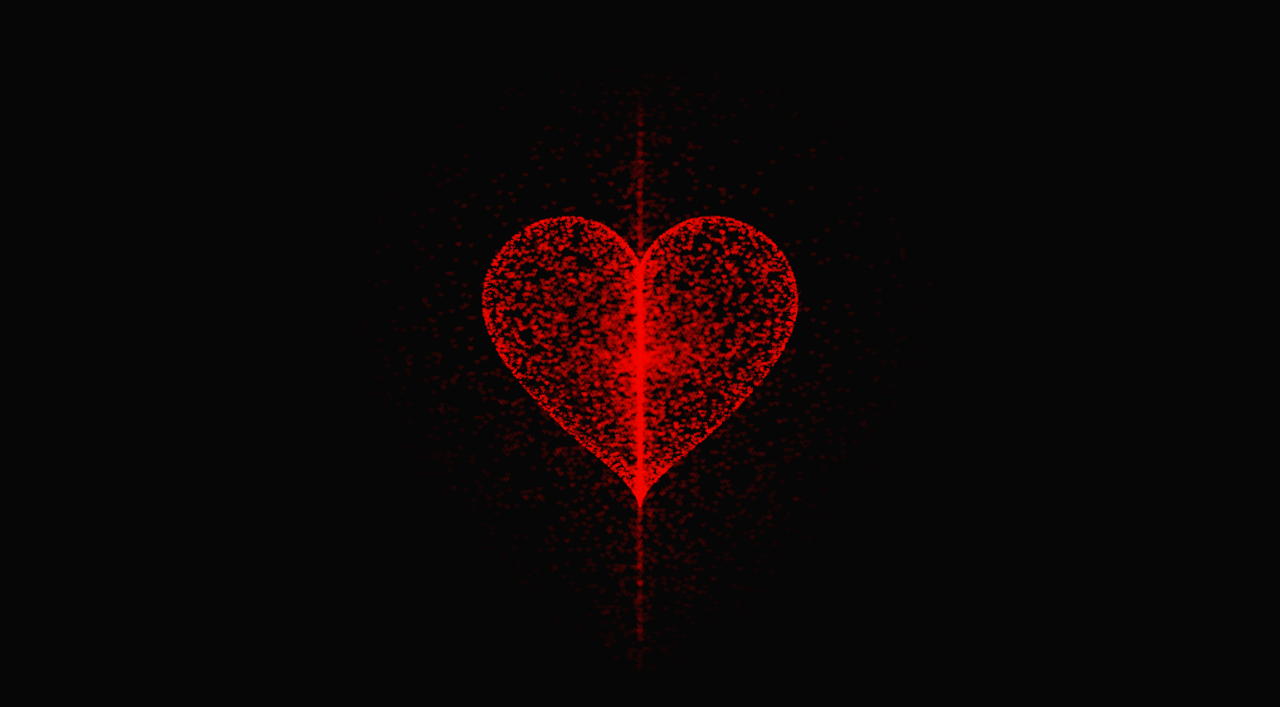
Repository: HoangDuy315/heart
Page: index.html
These files come from the project's save history. The page is drawn as it stood at one moment and after the next save; the edit follows.
The browser window is 1280 px wide. The pictures show the whole page.

Above is the page before, as saved 2022-11-09 20:43:10.

### index.html
<!DOCTYPE html PUBLIC "-//W3C//DTD HTML 4.0 Transitional//EN">
<html>
  <head>
    <title>Nguyễn Thị Thanh Hằng</title>
    <meta name="Generator" content="EditPlus" />
    <meta name="Author" content="" />
    <meta name="Keywords" content="" />
    <meta name="Description" content="" />
    <link rel="stylesheet" href="style.css" />
    <style>
      html,
      body {
        height: 100%;
        padding: 0;
        margin: 0;
        background: rgba(0, 0, 0, 0.851);
      }
      canvas {
        position: absolute;
        width: 100%;
        height: 100%;
      }
    </style>
  </head>
  <body>
    <div class="box">
      <canvas id="pinkboard"></canvas>
    </div>
    <script>
      var settings = {
        particles: {
          length: 10000, // maximum amount of particles
          duration: 4, // particle duration in sec
          velocity: 80, // particle velocity in pixels/sec
          effect: -1.3, // play with this for a nice effect
          size: 8, // particle size in pixels
        },
      };
      /*
       */
      (function () {
        var b = 0;
        var c = ["ms", "moz", "webkit", "o"];
        for (var a = 0; a < c.length && !window.requestAnimationFrame; ++a) {
          window.requestAnimationFrame = window[c[a] + "RequestAnimationFrame"];
          window.cancelAnimationFrame =
            window[c[a] + "CancelAnimationFrame"] ||
            window[c[a] + "CancelRequestAnimationFrame"];
        }
        if (!window.requestAnimationFrame) {
          window.requestAnimationFrame = function (h, e) {
            var d = new Date().getTime();
            var f = Math.max(0, 16 - (d - b));
            var g = window.setTimeout(function () {
              h(d + f);
            }, f);
            b = d + f;
            return g;
          };
        }
        if (!window.cancelAnimationFrame) {
          window.cancelAnimationFrame = function (d) {
            clearTimeout(d);
          };
        }
      })();
      /*
       * Point class
       */
      var Point = (function () {
        function Point(x, y) {
          this.x = typeof x !== "undefined" ? x : 0;
          this.y = typeof y !== "undefined" ? y : 0;
        }
        Point.prototype.clone = function () {
          return new Point(this.x, this.y);
        };
        Point.prototype.length = function (length) {
          if (typeof length == "undefined")
            return Math.sqrt(this.x * this.x + this.y * this.y);
          this.normalize();
          this.x *= length;
          this.y *= length;
          return this;
        };
        Point.prototype.normalize = function () {
          var length = this.length();
          this.x /= length;
          this.y /= length;
          return this;
        };
        return Point;
      })();
      /*
       * Particle class
       */
      var Particle = (function () {
        function Particle() {
          this.position = new Point();
          this.velocity = new Point();
          this.acceleration = new Point();
          this.age = 0;
        }
        Particle.prototype.initialize = function (x, y, dx, dy) {
          this.position.x = x;
          this.position.y = y;
          this.velocity.x = dx;
          this.velocity.y = dy;
          this.acceleration.x = dx * settings.particles.effect;
          this.acceleration.y = dy * settings.particles.effect;
          this.age = 0;
        };
        Particle.prototype.update = function (deltaTime) {
          this.position.x += this.velocity.x * deltaTime;
          this.position.y += this.velocity.y * deltaTime;
          this.velocity.x += this.acceleration.x * deltaTime;
          this.velocity.y += this.acceleration.y * deltaTime;
          this.age += deltaTime;
        };
        Particle.prototype.draw = function (context, image) {
          function ease(t) {
            return --t * t * t + 1;
          }
          var size = image.width * ease(this.age / settings.particles.duration);
          context.globalAlpha = 1 - this.age / settings.particles.duration;
          context.drawImage(
            image,
            this.position.x - size / 2,
            this.position.y - size / 2,
            size,
            size
          );
        };
        return Particle;
      })();
      /*
       * ParticlePool class
       */
      var ParticlePool = (function () {
        var particles,
          firstActive = 0,
          firstFree = 0,
          duration = settings.particles.duration;

        function ParticlePool(length) {
          // create and populate particle pool
          particles = new Array(length);
          for (var i = 0; i < particles.length; i++)
            particles[i] = new Particle();
        }
        ParticlePool.prototype.add = function (x, y, dx, dy) {
          particles[firstFree].initialize(x, y, dx, dy);

          // handle circular queue
          firstFree++;
          if (firstFree == particles.length) firstFree = 0;
          if (firstActive == firstFree) firstActive++;
          if (firstActive == particles.length) firstActive = 0;
        };
        ParticlePool.prototype.update = function (deltaTime) {
          var i;

          // update active particles
          if (firstActive < firstFree) {
            for (i = firstActive; i < firstFree; i++)
              particles[i].update(deltaTime);
          }
          if (firstFree < firstActive) {
            for (i = firstActive; i < particles.length; i++)
              particles[i].update(deltaTime);
            for (i = 0; i < firstFree; i++) particles[i].update(deltaTime);
          }

          // remove inactive particles
          while (
            particles[firstActive].age >= duration &&
            firstActive != firstFree
          ) {
            firstActive++;
            if (firstActive == particles.length) firstActive = 0;
          }
        };
        ParticlePool.prototype.draw = function (context, image) {
          // draw active particles
          if (firstActive < firstFree) {
            for (i = firstActive; i < firstFree; i++)
              particles[i].draw(context, image);
          }
          if (firstFree < firstActive) {
            for (i = firstActive; i < particles.length; i++)
              particles[i].draw(context, image);
            for (i = 0; i < firstFree; i++) particles[i].draw(context, image);
          }
        };
        return ParticlePool;
      })();
      /*
       * Putting it all together
       */
      (function (canvas) {
        var context = canvas.getContext("2d"),
          particles = new ParticlePool(settings.particles.length),
          particleRate =
            settings.particles.length / settings.particles.duration, // particles/sec
          time;

        // get point on heart with -PI <= t <= PI
        function pointOnHeart(t) {
          return new Point(
            160 * Math.pow(Math.sin(t), 3),
            130 * Math.cos(t) -
              50 * Math.cos(2 * t) -
              20 * Math.cos(3 * t) -
              10 * Math.cos(4 * t) +
              25
          );
        }

        // creating the particle image using a dummy canvas
        var image = (function () {
          var canvas = document.createElement("canvas"),
            context = canvas.getContext("2d");
          canvas.width = settings.particles.size;
          canvas.height = settings.particles.size;
          // helper function to create the path
          function to(t) {
            var point = pointOnHeart(t);
            point.x =
              settings.particles.size / 2 +
              (point.x * settings.particles.size) / 350;
            point.y =
              settings.particles.size / 2 -
              (point.y * settings.particles.size) / 350;
            return point;
          }
          // create the path
          context.beginPath();
          var t = -Math.PI;
          var point = to(t);
          context.moveTo(point.x, point.y);
          while (t < Math.PI) {
            t += 0.01; // baby steps!
            point = to(t);
            context.lineTo(point.x, point.y);
          }
          context.closePath();
          // create the fill
          context.fillStyle = "#f50b02";
          context.fill();
          // create the image
          var image = new Image();
          image.src = canvas.toDataURL();
          return image;
        })();

        // render that thing!
        function render() {
          // next animation frame
          requestAnimationFrame(render);

          // update time
          var newTime = new Date().getTime() / 1000,
            deltaTime = newTime - (time || newTime);
          time = newTime;

          // clear canvas
          context.clearRect(0, 0, canvas.width, canvas.height);

          // create new particles
          var amount = particleRate * deltaTime;
          for (var i = 0; i < amount; i++) {
            var pos = pointOnHeart(Math.PI - 2 * Math.PI * Math.random());
            var dir = pos.clone().length(settings.particles.velocity);
            particles.add(
              canvas.width / 2 + pos.x,
              canvas.height / 2 - pos.y,
              dir.x,
              -dir.y
            );
          }

          // update and draw particles
          particles.update(deltaTime);
          particles.draw(context, image);
        }

        // handle (re-)sizing of the canvas
        function onResize() {
          canvas.width = canvas.clientWidth;
          canvas.height = canvas.clientHeight;
        }
        window.onresize = onResize;

        // delay rendering bootstrap
        setTimeout(function () {
          onResize();
          render();
        }, 10);
      })(document.getElementById("pinkboard"));
    </script>
  </body>
</html>

### style.css
body {
  display: flex;
  justify-content: center;
  align-items: center;
  background: #2c3e50;
  cursor: pointer;
}

.box {
  width: 1000px;
  position: absolute;
  top: 50%;
  left: 50%;
  transform: translate(-50%, -50%);
  display: flex;
  flex-direction: column;
}

#pinkboard {
  position: relative;
  margin: auto;
  height: 750px;
  width: 750px;
  animation: animate 1.2s infinite;
}

#pinkboard:before,
#pinkboard:after {
  content: "";
  position: absolute;
  background: #d63031;
  width: 100px;
  height: 160px;
  border-top-left-radius: 50px;
  border-top-right-radius: 50px;
}

#pinkboard:before {
  left: 100px;
  transform: rotate(-45deg);
  transform-origin: 0 100%;
  box-shadow: 0 14px 28px rgba(0, 0, 0, 0.25), 0 10px 10px rgba(0, 0, 0, 0.22);
}

#pinkboard:after {
  left: 0;
  transform: rotate(45deg);
  transform-origin: 100% 100%;
}

@keyframes animate {
  0% {
    transform: scale(1);
  }
  30% {
    transform: scale(0.8);
  }
  60% {
    transform: scale(1.2);
  }
  100% {
    transform: scale(1);
  }
}

After the next save:
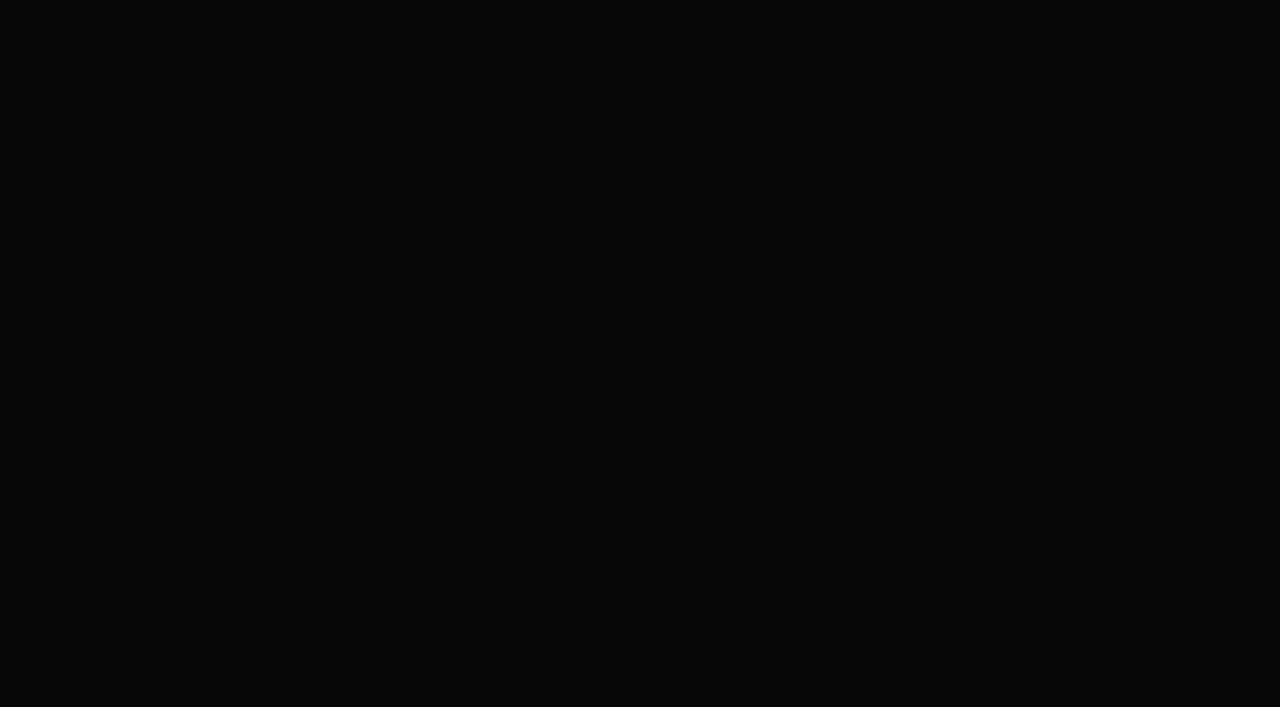
Console error: ReferenceError: Particle is not defined
Saved 8 s later.
--- a/index.html
+++ b/index.html
@@ -94,45 +94,45 @@
       /*
        * Particle class
        */
-      var Particle = (function () {
-        function Particle() {
-          this.position = new Point();
-          this.velocity = new Point();
-          this.acceleration = new Point();
-          this.age = 0;
-        }
-        Particle.prototype.initialize = function (x, y, dx, dy) {
-          this.position.x = x;
-          this.position.y = y;
-          this.velocity.x = dx;
-          this.velocity.y = dy;
-          this.acceleration.x = dx * settings.particles.effect;
-          this.acceleration.y = dy * settings.particles.effect;
-          this.age = 0;
-        };
-        Particle.prototype.update = function (deltaTime) {
-          this.position.x += this.velocity.x * deltaTime;
-          this.position.y += this.velocity.y * deltaTime;
-          this.velocity.x += this.acceleration.x * deltaTime;
-          this.velocity.y += this.acceleration.y * deltaTime;
-          this.age += deltaTime;
-        };
-        Particle.prototype.draw = function (context, image) {
-          function ease(t) {
-            return --t * t * t + 1;
-          }
-          var size = image.width * ease(this.age / settings.particles.duration);
-          context.globalAlpha = 1 - this.age / settings.particles.duration;
-          context.drawImage(
-            image,
-            this.position.x - size / 2,
-            this.position.y - size / 2,
-            size,
-            size
-          );
-        };
-        return Particle;
-      })();
+      //   var Particle = (function () {
+      //     function Particle() {
+      //       this.position = new Point();
+      //       this.velocity = new Point();
+      //       this.acceleration = new Point();
+      //       this.age = 0;
+      //     }
+      //     Particle.prototype.initialize = function (x, y, dx, dy) {
+      //       this.position.x = x;
+      //       this.position.y = y;
+      //       this.velocity.x = dx;
+      //       this.velocity.y = dy;
+      //       this.acceleration.x = dx * settings.particles.effect;
+      //       this.acceleration.y = dy * settings.particles.effect;
+      //       this.age = 0;
+      //     };
+      //     Particle.prototype.update = function (deltaTime) {
+      //       this.position.x += this.velocity.x * deltaTime;
+      //       this.position.y += this.velocity.y * deltaTime;
+      //       this.velocity.x += this.acceleration.x * deltaTime;
+      //       this.velocity.y += this.acceleration.y * deltaTime;
+      //       this.age += deltaTime;
+      //     };
+      //     Particle.prototype.draw = function (context, image) {
+      //       function ease(t) {
+      //         return --t * t * t + 1;
+      //       }
+      //       var size = image.width * ease(this.age / settings.particles.duration);
+      //       context.globalAlpha = 1 - this.age / settings.particles.duration;
+      //       context.drawImage(
+      //         image,
+      //         this.position.x - size / 2,
+      //         this.position.y - size / 2,
+      //         size,
+      //         size
+      //       );
+      //     };
+      //     return Particle;
+      //   })();
       /*
        * ParticlePool class
        */

After the save that followed:
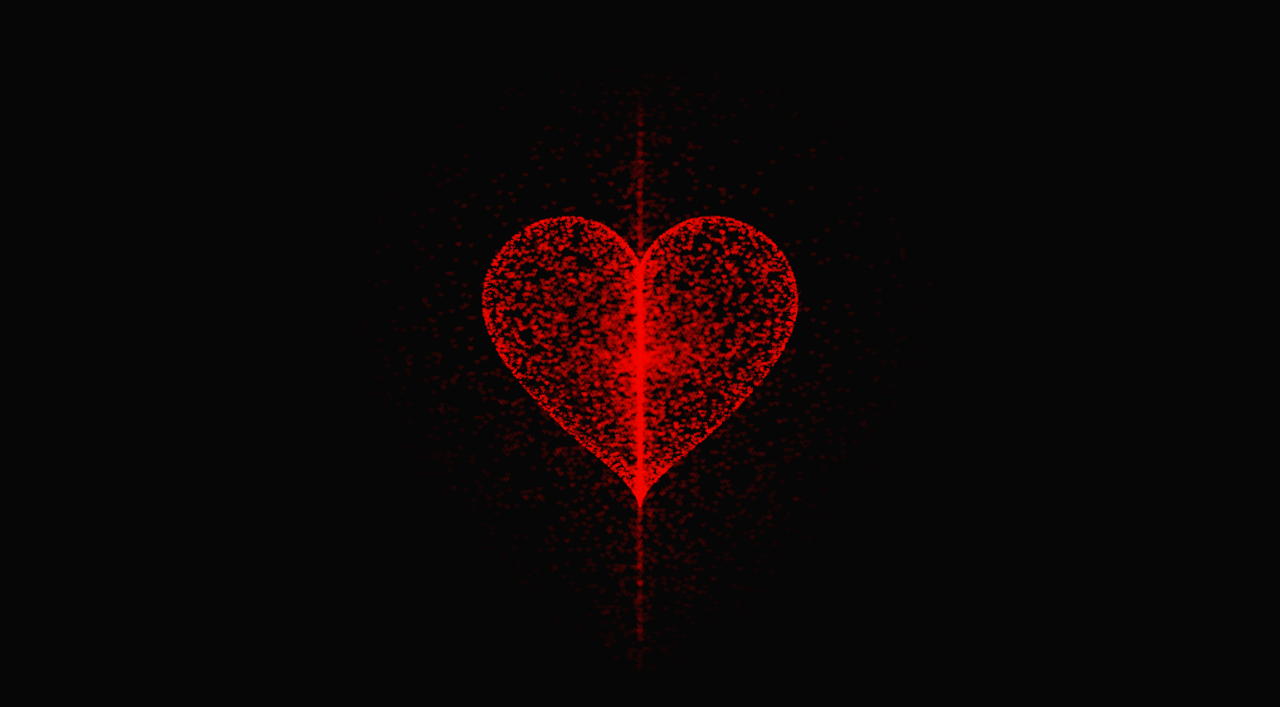
The error is gone.
Saved 5 s later.
--- a/index.html
+++ b/index.html
@@ -94,45 +94,45 @@
       /*
        * Particle class
        */
-      //   var Particle = (function () {
-      //     function Particle() {
-      //       this.position = new Point();
-      //       this.velocity = new Point();
-      //       this.acceleration = new Point();
-      //       this.age = 0;
-      //     }
-      //     Particle.prototype.initialize = function (x, y, dx, dy) {
-      //       this.position.x = x;
-      //       this.position.y = y;
-      //       this.velocity.x = dx;
-      //       this.velocity.y = dy;
-      //       this.acceleration.x = dx * settings.particles.effect;
-      //       this.acceleration.y = dy * settings.particles.effect;
-      //       this.age = 0;
-      //     };
-      //     Particle.prototype.update = function (deltaTime) {
-      //       this.position.x += this.velocity.x * deltaTime;
-      //       this.position.y += this.velocity.y * deltaTime;
-      //       this.velocity.x += this.acceleration.x * deltaTime;
-      //       this.velocity.y += this.acceleration.y * deltaTime;
-      //       this.age += deltaTime;
-      //     };
-      //     Particle.prototype.draw = function (context, image) {
-      //       function ease(t) {
-      //         return --t * t * t + 1;
-      //       }
-      //       var size = image.width * ease(this.age / settings.particles.duration);
-      //       context.globalAlpha = 1 - this.age / settings.particles.duration;
-      //       context.drawImage(
-      //         image,
-      //         this.position.x - size / 2,
-      //         this.position.y - size / 2,
-      //         size,
-      //         size
-      //       );
-      //     };
-      //     return Particle;
-      //   })();
+      var Particle = (function () {
+        function Particle() {
+          this.position = new Point();
+          this.velocity = new Point();
+          this.acceleration = new Point();
+          this.age = 0;
+        }
+        Particle.prototype.initialize = function (x, y, dx, dy) {
+          this.position.x = x;
+          this.position.y = y;
+          this.velocity.x = dx;
+          this.velocity.y = dy;
+          this.acceleration.x = dx * settings.particles.effect;
+          this.acceleration.y = dy * settings.particles.effect;
+          this.age = 0;
+        };
+        Particle.prototype.update = function (deltaTime) {
+          this.position.x += this.velocity.x * deltaTime;
+          this.position.y += this.velocity.y * deltaTime;
+          this.velocity.x += this.acceleration.x * deltaTime;
+          this.velocity.y += this.acceleration.y * deltaTime;
+          this.age += deltaTime;
+        };
+        Particle.prototype.draw = function (context, image) {
+          function ease(t) {
+            return --t * t * t + 1;
+          }
+          var size = image.width * ease(this.age / settings.particles.duration);
+          context.globalAlpha = 1 - this.age / settings.particles.duration;
+          context.drawImage(
+            image,
+            this.position.x - size / 2,
+            this.position.y - size / 2,
+            size,
+            size
+          );
+        };
+        return Particle;
+      })();
       /*
        * ParticlePool class
        */
